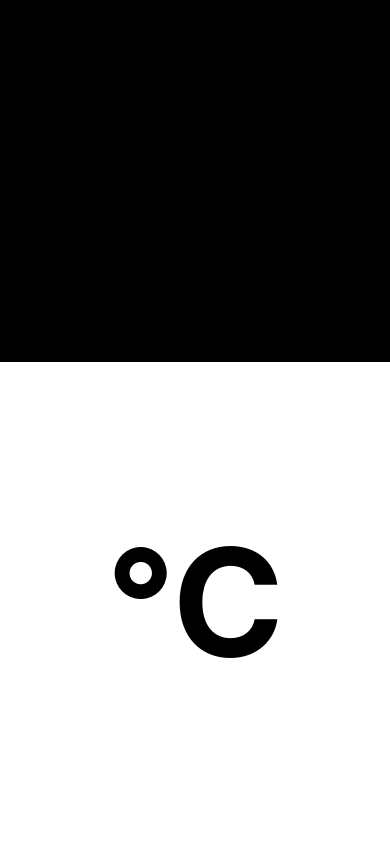
Repository: NewTurn2017/React-Native-Weather-App
Screen: /
The author's editor kept a copy of each file at every save. The screen is drawn from the files as they stood at one save, then again after the next save.
The app was drawn by React Native's web renderer in a window 390 px wide. The project was rebuilt for these pictures with package versions that can differ from the ones it lists, and the page was loaded fresh each time.

Above is the screen before, as saved 2023-04-21 12:22:46.

After the next save:
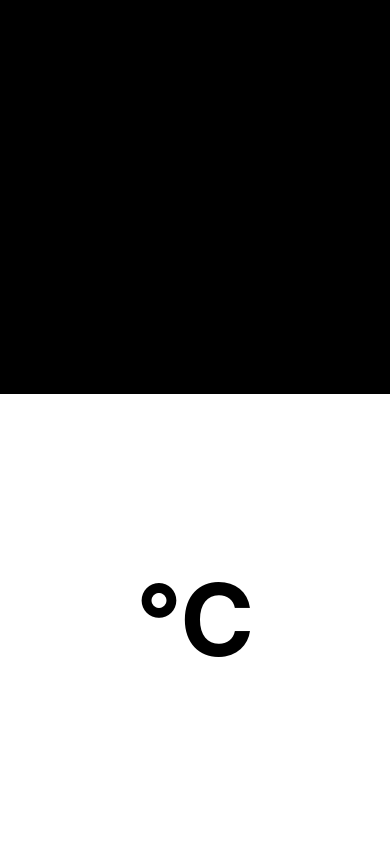
Saved 20 s later.
--- a/App.js
+++ b/App.js
@@ -87,7 +87,7 @@ const styles = StyleSheet.create({
   },
   temp: {
     color: 'black',
-    fontSize: 150,
+    fontSize: 100,
     fontWeight: 'bold',
   },
   description: {
